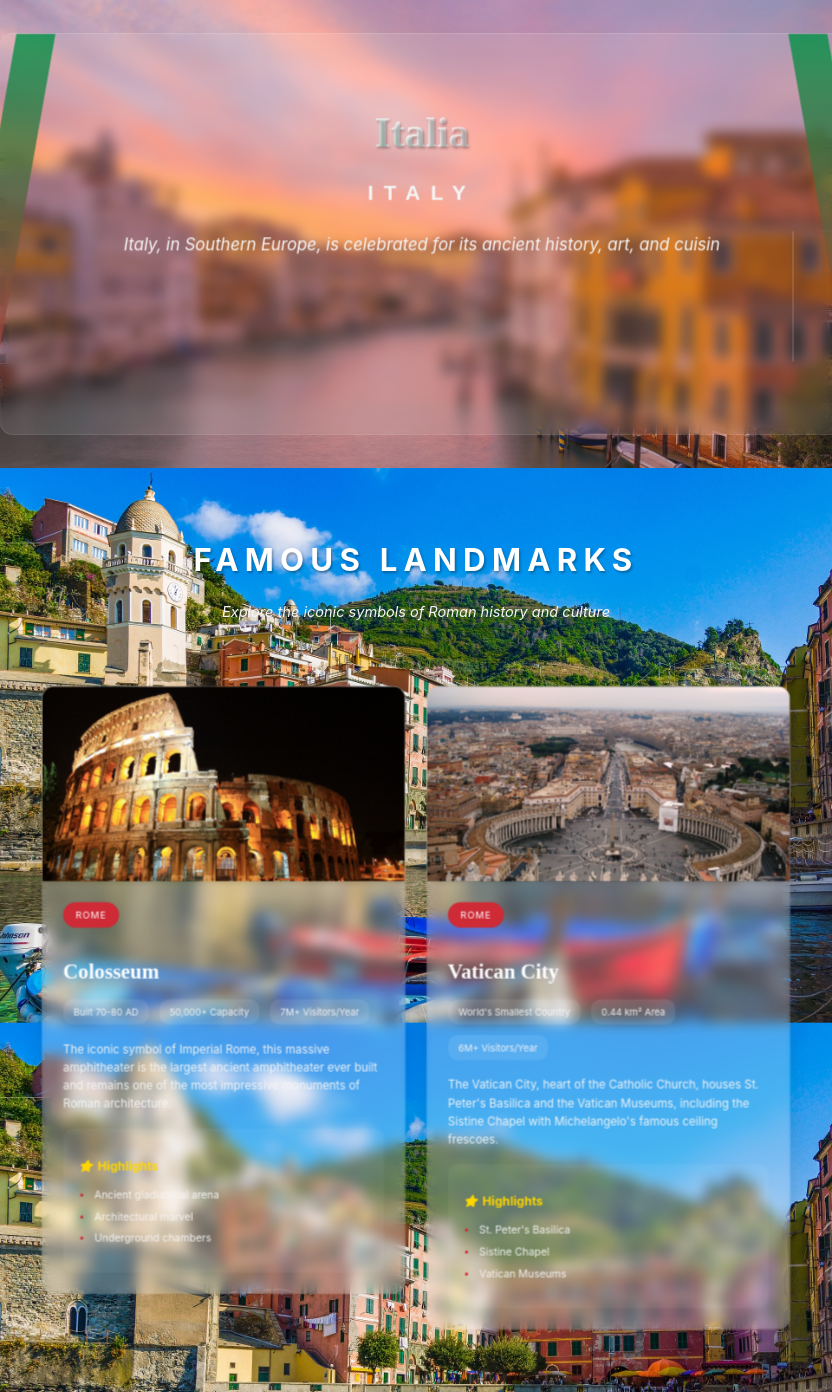
Repository: huang-heavenly-Emperor/NewYork
Page: italy.html
These files come from the project's save history. The page is drawn as it stood at one moment and after the next save; the edit follows.
The browser window is 1280 px wide. The pictures show the whole page, at 65% of full size.
Pictures or frames that could not be fetched are drawn as grey boxes. Backgrounds fixed to the window are drawn as part of the page.

Above is the page before, as saved 2025-02-19 15:26:39.

### italy.html
<!DOCTYPE html>
<html lang="en">

<head>
  <meta charset="UTF-8">
  <meta name="viewport" content="width=device-width, initial-scale=1.0">
  <title>Italy - Tour</title>
  <link rel="stylesheet" href="css/style.css">
  <link rel="stylesheet" href="css/italy.css">
  <link rel="stylesheet" href="css/animations.css">
  <link rel="stylesheet" href="lib/font-awesome.css">
</head>

<body>
  <!-- 开场动画 -->
  <div class="page-entrance">
    <div class="entrance-content">
      <h1 class="entrance-title">
        <span class="italian">Italia</span>
        <span class="english">Italy</span>
      </h1>
      <div class="entrance-line"></div>
      <p class="entrance-subtitle">Cradle of Renaissance</p>
    </div>
  </div>

  <!-- 主要内容区 -->
  <main class="main-content">
    <!-- 英雄横幅 -->
    <div class="hero-banner">
      <div class="overlay"></div>
      <div class="italian-pattern top"></div>
      <div class="italian-pattern bottom"></div>

      <!-- 卷轴容器 -->
      <div class="scroll-container">
        <div class="scroll-decoration left"></div>
        <div class="scroll-decoration right"></div>
        <div class="scroll-inner">
          <h1 class="city-title">
            <span class="italian">Italia</span>
            <span class="english">Italy</span>
          </h1>
          <div class="intro-quote typewriter-text" data-text="Italy, in Southern Europe, is celebrated for its ancient history, art, and cuisine. Rome, its capital, houses the Colosseum and Vatican City. Italy is the birthplace of the Renaissance, with masterpieces by Michelangelo and Leonardo da Vinci. Known for pizza, pasta, and wine, it also offers stunning landscapes like Tuscany and the Amalfi Coast.">
          </div>
        </div>
      </div>
    </div>

    <!-- 地标部分 -->
    <section class="continent-section">
      <div class="section-header">
        <h2 class="section-title">Famous Landmarks</h2>
        <p class="section-subtitle">Explore the iconic symbols of Roman history and culture</p>
      </div>

      <!-- 地标卡片网格 -->
      <div class="landmark-grid">
        <!-- 罗马斗兽场卡片 -->
        <a href="colosseum.html" class="landmark-link">
          <div class="landmark-card">
            <div class="landmark-image">
              <img src="images/colosseum.jpg" alt="Colosseum">
              <div class="image-overlay"></div>
            </div>
            <div class="landmark-content">
              <div class="content-inner">
                <span class="location-tag">Rome</span>
                <h2>Colosseum</h2>
                <div class="quick-info">
                  <span>Built 70-80 AD</span>
                  <span>50,000+ Capacity</span>
                  <span>7M+ Visitors/Year</span>
                </div>
                <p class="description">
                  The iconic symbol of Imperial Rome, this massive amphitheater is the largest ancient amphitheater ever built and remains one of the most impressive monuments of Roman architecture.
                </p>
                <div class="highlights">
                  <h3><i class="fas fa-star"></i> Highlights</h3>
                  <ul>
                    <li>Ancient gladiatorial arena</li>
                    <li>Architectural marvel</li>
                    <li>Underground chambers</li>
                  </ul>
                </div>
              </div>
            </div>
          </div>
        </a>

        <!-- 梵蒂冈卡片 -->
        <a href="vatican.html" class="landmark-link">
          <div class="landmark-card">
            <div class="landmark-image">
              <img src="images/vatican.jpg" alt="Vatican City">
              <div class="image-overlay"></div>
            </div>
            <div class="landmark-content">
              <div class="content-inner">
                <span class="location-tag">Rome</span>
                <h2>Vatican City</h2>
                <div class="quick-info">
                  <span>World's Smallest Country</span>
                  <span>0.44 km² Area</span>
                  <span>6M+ Visitors/Year</span>
                </div>
                <p class="description">
                  The Vatican City, heart of the Catholic Church, houses St. Peter's Basilica and the Vatican Museums, including the Sistine Chapel with Michelangelo's famous ceiling frescoes.
                </p>
                <div class="highlights">
                  <h3><i class="fas fa-star"></i> Highlights</h3>
                  <ul>
                    <li>St. Peter's Basilica</li>
                    <li>Sistine Chapel</li>
                    <li>Vatican Museums</li>
                  </ul>
                </div>
              </div>
            </div>
          </div>
        </a>
      </div>
    </section>
  </main>

  <script>
    document.addEventListener('DOMContentLoaded', function() {
      const typewriterText = document.querySelector('.typewriter-text');
      const text = typewriterText.getAttribute('data-text');
      typewriterText.textContent = '';

      let charIndex = 0;
      const typingSpeed = 50; // 打字速度（毫秒）

      function typeText() {
        if (charIndex < text.length) {
          typewriterText.textContent += text.charAt(charIndex);
          charIndex++;
          setTimeout(typeText, typingSpeed);
        } else {
          // 打字完成后添加类来隐藏光标
          typewriterText.classList.add('typing-complete');
        }
      }

      // 开始打字效果
      setTimeout(typeText, 1000); // 延迟1秒开始打字
    });
  </script>
</body>

</html>

### css/italy.css
:root {
    /* 主题颜色 */
    --italian-green: #009246;
    --italian-white: #FFFFFF;
    --italian-red: #CE2B37;
    --roman-gold: #FFD700;
    --marble-gray: #F5F5F5;
    --terracotta: #E76F51;
}

body {
    font-family: 'Inter', sans-serif;
    line-height: 1.6;
    color: var(--italian-white);

    overflow-x: hidden;
}
a{
    text-decoration: none;
    color: var(--italian-white);
}
.main-content {
    position: relative;
    min-height: 100vh;

    opacity: 1;
    visibility: visible;
}

.hero-banner {
    position: relative;
    height: 100vh;
    display: flex;
    flex-direction: column;
    align-items: center;
    justify-content: center;
    overflow: hidden;
    background: url('../images/italy-bg.jpg') center/cover no-repeat  ;
    animation: zoomBackground 1.5s ease-out;
}

.overlay {
    position: absolute;
    top: 0;
    left: 0;
    width: 100%;
    height: 100%;

    opacity: 0.7;
    z-index: 1;
    animation: zoomOverlay 2s ease-out;
}

.italian-pattern {
    position: absolute;
    width: 100%;
    height: 100px;
    background-image: url('../images/roman-pattern.png');
    background-size: 50px;
    background-repeat: repeat;
    opacity: 0;
    z-index: 2;
    animation: patternFadeIn 2s ease-out forwards;
}

.italian-pattern.top {
    top: 0;
    transform: rotate(180deg);
}

.italian-pattern.bottom {
    bottom: 0;
}

.scroll-container {
    position: relative;
    max-width: 1200px;
    width: 90%;
    padding: 3rem;
    margin: 2rem auto;
    background: rgba(255, 255, 255, 0.1);
    backdrop-filter: blur(10px);
    border-radius: 20px;
    border: 1px solid rgba(255, 255, 255, 0.2);
    z-index: 3;
    opacity: 0;
    transform: translateY(30px);
    animation: slideUp 1s ease-out forwards;
}

.scroll-decoration {
    position: absolute;
    width: 60px;
    height: 100%;
    top: 0;
    background: linear-gradient(
        to bottom,
        var(--italian-green),
        var(--italian-red)
    );
    opacity: 0.8;
    z-index: -1;
}

.scroll-decoration.left {
    left: -30px;
    transform: skew(-10deg);
}

.scroll-decoration.right {
    right: -30px;
    transform: skew(10deg);
}

.scroll-inner {
    text-align: center;
    padding: 2rem;
}

.city-title {
    margin-bottom: 2rem;
}

.city-title .italian {
    display: block;
    font-size: 5rem;
    color: var(--italian-white);
    text-shadow: 2px 2px 4px rgba(0, 0, 0, 0.3);
    margin-bottom: 1rem;
    opacity: 0;
    transform: translateY(20px);
    animation: titleReveal 1s ease-out forwards;
    animation-delay: 0.5s;
    font-family: 'Playfair Display', serif;
    background: linear-gradient(45deg,
        var(--italian-green),
        var(--italian-white),
        var(--italian-red)
    );
    -webkit-background-clip: text;
    -webkit-text-fill-color: transparent;
}

.city-title .english {
    display: block;
    font-size: 2.5rem;
    color: var(--marble-gray);
    text-transform: uppercase;
    letter-spacing: 0.5em;
    opacity: 0;
    transform: translateY(20px);
    animation: titleReveal 1s ease-out forwards;
    animation-delay: 0.8s;
    font-family: 'Montserrat', sans-serif;
}

.intro-quote {
    font-size: 1.8rem;
    font-style: italic;
    color: var(--marble-gray);
    margin: 2rem 0;
    opacity: 1;
    min-height: 200px;
    position: relative;
    padding: 0 2rem;
}

.typewriter-text::before {
    content: '';
    position: absolute;
    top: 0;
    right: -4px;
    width: 2px;
    height: 100%;
    background-color: var(--marble-gray);
    animation: cursorBlink 0.8s infinite;
}

.typewriter-text.typing-complete::before {
    display: none;
}

.continent-section {
    padding: 4rem 2rem;
    background: url('../images/italy-bg2.jpg') center/cover no-repeat fixed;
}

.section-header {
    text-align: center;
    margin-bottom: 4rem;
}

.section-title {
    font-size: 3rem;
    color: var(--italian-white);
    margin-bottom: 1rem;
    text-transform: uppercase;
    letter-spacing: 0.2em;
    text-shadow: 2px 2px 4px rgba(0, 0, 0, 0.3);
}

.section-subtitle {
    font-size: 1.4rem;
    color: var(--marble-gray);
    font-style: italic;
}
.landmark-grid {
    display: grid;
    grid-template-columns: repeat(auto-fit, minmax(300px, 1fr));
    gap: 2rem;
    max-width: 1200px;
    margin: 0 auto;
    padding: 2rem;
}

.landmark-card {
    position: relative;
    background: rgba(255, 255, 255, 0.1);
    backdrop-filter: blur(10px);
    border-radius: 20px;
    overflow: hidden;
    transition: all 0.5s cubic-bezier(0.4, 0, 0.2, 1);
    border: 1px solid rgba(255, 255, 255, 0.2);
    box-shadow: 0 8px 32px rgba(0, 0, 0, 0.1);
}

.landmark-card:hover {
    transform: translateY(-15px) scale(1.02);
    box-shadow:
        0 15px 45px rgba(0, 0, 0, 0.2),
        0 0 30px rgba(255, 255, 255, 0.1);
    border: 1px solid rgba(255, 255, 255, 0.3);
}

.landmark-image {
    position: relative;
    width: 100%;
    height: 300px;
    overflow: hidden;
}

.landmark-image img {
    width: 100%;
    height: 100%;
    object-fit: cover;
    transition: transform 0.8s cubic-bezier(0.4, 0, 0.2, 1);
}

.landmark-card:hover .landmark-image img {
    transform: scale(1.1);
}

.image-overlay {
    position: absolute;
    top: 0;
    left: 0;
    width: 100%;
    height: 100%;
    background: linear-gradient(
        to bottom,
        transparent 0%,
        rgba(0, 0, 0, 0.4) 50%,
        rgba(0, 0, 0, 0.8) 100%
    );
    opacity: 0;
    transition: opacity 0.5s ease;
}

.landmark-card:hover .image-overlay {
    opacity: 1;
}

.landmark-content {
    padding: 2rem;
    background: rgba(255, 255, 255, 0.1);
    backdrop-filter: blur(5px);
}

.location-tag {
    display: inline-block;
    padding: 0.5rem 1.2rem;
    background: var(--italian-red);
    color: var(--italian-white);
    border-radius: 20px;
    font-size: 0.9rem;
    margin-bottom: 1rem;
    text-transform: uppercase;
    letter-spacing: 0.1em;
}

.landmark-content h2 {
    font-size: 2rem;
    color: var(--italian-white);
    margin-bottom: 1rem;
    font-family: 'Playfair Display', serif;
}

.quick-info {
    display: flex;
    gap: 1rem;
    flex-wrap: wrap;
    margin-bottom: 1rem;
}

.quick-info span {
    background: rgba(255, 255, 255, 0.1);
    padding: 0.5rem 1rem;
    border-radius: 15px;
    font-size: 0.9rem;
    color: var(--marble-gray);
}

.description {
    font-size: 1.1rem;
    color: var(--marble-gray);
    margin: 1.5rem 0;
    line-height: 1.6;
}

.highlights {
    background: rgba(255, 255, 255, 0.05);
    padding: 1.5rem;
    border-radius: 15px;
}

.highlights h3 {
    color: var(--roman-gold);
    margin-bottom: 1rem;
    display: flex;
    align-items: center;
    gap: 0.5rem;
}

.highlights ul {
    list-style: none;
    padding: 0;
}

.highlights li {
    color: var(--marble-gray);
    margin-bottom: 0.5rem;
    padding-left: 1.5rem;
    position: relative;
}

.highlights li::before {
    content: '•';
    color: var(--italian-red);
    position: absolute;
    left: 0;
}

/* 动画关键帧 */
@keyframes fadeIn {
    from { opacity: 0; }
    to { opacity: 1; }
}

@keyframes patternFadeIn {
    from { opacity: 0; }
    to { opacity: 0.1; }
}

@keyframes slideUp {
    from {
        opacity: 0;
        transform: translateY(30px);
    }
    to {
        opacity: 1;
        transform: translateY(0);
    }
}

@keyframes titleReveal {
    from {
        opacity: 0;
        transform: translateY(20px);
    }
    to {
        opacity: 1;
        transform: translateY(0);
    }
}

@keyframes cardReveal {
    from {
        opacity: 0;
        transform: translateY(20px);
    }
    to {
        opacity: 1;
        transform: translateY(0);
    }
}

@keyframes cursorBlink {
    0%, 100% { opacity: 1; }
    50% { opacity: 0; }
}

/* 响应式设计 */
@media (max-width: 1400px) {
    .scroll-container {
        width: 95%;
    }

    .city-title .italian {
        font-size: 4rem;
    }

    .city-title .english {
        font-size: 2rem;
    }

    .intro-quote {
        font-size: 1.6rem;
    }
}

@media (max-width: 768px) {
    .scroll-container {
        padding: 2rem;
    }

    .scroll-decoration {
        width: 30px;
    }

    .city-title .italian {
        font-size: 3rem;
    }

    .city-title .english {
        font-size: 1.5rem;
    }

    .intro-quote {
        font-size: 1.4rem;
    }

    .landmark-grid {
        grid-template-columns: 1fr;
    }
}

@media (max-width: 480px) {
    .scroll-container {
        padding: 1.5rem;
    }

    .city-title .italian {
        font-size: 2.5rem;
    }

    .city-title .english {
        font-size: 1.2rem;
    }

    .intro-quote {
        font-size: 1.2rem;
    }

    .landmark-content {
        padding: 1.5rem;
    }
}

.page-entrance {
    position: fixed;
    top: 0;
    left: 0;
    width: 100%;
    height: 100%;
    background: linear-gradient(135deg,
        var(--italian-green) 0%,
        var(--italian-white) 50%,
        var(--italian-red) 100%
    );
    display: flex;
    justify-content: center;
    align-items: center;
    z-index: 1000;
    transition: transform 0.8s cubic-bezier(0.4, 0, 0.2, 1),
                opacity 0.5s ease;
    transform-origin: center;
}

.entrance-content {
    text-align: center;
    opacity: 0;
    animation: entranceReveal 0.8s ease forwards 0.5s;
    position: relative;
}

.entrance-content::before {
    content: '';
    position: absolute;
    top: -50px;
    left: -50px;
    right: -50px;
    bottom: -50px;
    background: url('../images/roman-pattern.png') center/100px repeat;
    opacity: 0.1;
    animation: patternRotate 20s linear infinite;
}

.entrance-title {
    margin-bottom: 2rem;
    position: relative;
}

.entrance-title .italian {
    display: block;
    font-size: 6rem;
    background: linear-gradient(45deg,
        var(--roman-gold) 0%,
        var(--italian-white) 50%,
        var(--roman-gold) 100%
    );
    -webkit-background-clip: text;
    -webkit-text-fill-color: transparent;
    margin-bottom: 1rem;
    text-shadow: 0 0 20px rgba(255, 215, 0, 0.6);
    opacity: 0;
    transform: scale(0.8);
    animation: titleScale 1.2s cubic-bezier(0.34, 1.56, 0.64, 1) forwards 0.8s;
    font-family: 'Playfair Display', serif;
}

.entrance-title .english {
    display: block;
    font-size: 3rem;
    background: linear-gradient(45deg,
        var(--italian-white) 0%,
        var(--marble-gray) 50%,
        var(--italian-white) 100%
    );
    -webkit-background-clip: text;
    -webkit-text-fill-color: transparent;
    text-transform: uppercase;
    letter-spacing: 0.3em;
    opacity: 0;
    transform: translateY(20px);
    animation: titleSlide 1s ease forwards 1.2s;
    text-shadow: 0 0 15px rgba(255, 255, 255, 0.6);
}

.entrance-line {
    width: 0;
    height: 3px;
    background: linear-gradient(to right,
        transparent,
        var(--roman-gold),
        transparent
    );
    margin: 2rem auto;
    position: relative;
    animation: lineGrow 0.8s ease-out forwards 1.5s;
}

.entrance-line::before,
.entrance-line::after {
    content: '';
    position: absolute;
    width: 10px;
    height: 10px;
    background: var(--roman-gold);
    border-radius: 50%;
    top: 50%;
    transform: translateY(-50%);
    opacity: 0;
    animation: dotAppear 0.5s ease forwards 2s;
}

.entrance-line::before {
    left: 0;
}

.entrance-line::after {
    right: 0;
}

.entrance-subtitle {
    font-size: 1.5rem;
    background: linear-gradient(45deg,
        var(--terracotta) 0%,
        var(--italian-white) 50%,
        var(--terracotta) 100%
    );
    -webkit-background-clip: text;
    -webkit-text-fill-color: transparent;
    opacity: 0;
    transform: translateY(20px);
    animation: subtitleReveal 0.8s ease forwards 1.8s;
    text-shadow: 0 0 10px rgba(231, 111, 81, 0.4);
    font-style: italic;
}

/* 新增动画关键帧 */
@keyframes entranceReveal {
    from {
        opacity: 0;
        transform: scale(0.95);
    }
    to {
        opacity: 1;
        transform: scale(1);
    }
}

@keyframes titleScale {
    from {
        opacity: 0;
        transform: scale(0.8);
    }
    to {
        opacity: 1;
        transform: scale(1);
    }
}

@keyframes titleSlide {
    from {
        opacity: 0;
        transform: translateY(20px);
    }
    to {
        opacity: 1;
        transform: translateY(0);
    }
}

@keyframes lineGrow {
    from {
        width: 0;
    }
    to {
        width: 200px;
    }
}

@keyframes dotAppear {
    from {
        opacity: 0;
        transform: translate(0, -50%) scale(0);
    }
    to {
        opacity: 1;
        transform: translate(0, -50%) scale(1);
    }
}

@keyframes patternRotate {
    from {
        transform: rotate(0deg);
    }
    to {
        transform: rotate(360deg);
    }
}

@keyframes subtitleReveal {
    from {
        opacity: 0;
        transform: translateY(20px);
    }
    to {
        opacity: 1;
        transform: translateY(0);
    }
}

### lib/font-awesome.css
@font-face {
    font-family: 'Font Awesome 6 Free';
    font-style: normal;
    font-weight: 900;
    src: url('webfonts/fa-solid-900.woff2') format('woff2');
}

.fas {
    font-family: 'Font Awesome 6 Free';
    font-weight: 900;
}

.fa-home:before {
    content: "\f015";
}

.fa-globe-americas:before {
    content: "\f57d";
}

.fa-torii-gate:before {
    content: "\f6a1";
}

.fa-sun:before {
    content: "\f185";
}

.fa-landmark:before {
    content: "\f66f";
}

.fa-flag-usa:before {
    content: "\f74d";
}

.fa-star:before {
    content: "\f005";
}

.fa-chart-line:before {
    content: "\f201";
}

.fa-city:before {
    content: "\f64f";
}

.fa-tree:before {
    content: "\f1bb";
}

.fa-theater-masks:before {
    content: "\f630";
}

.fa-ellipsis-h:before {
    content: "\f141";
}

.fa-camera:before {
    content: "\f030";
}

.fa-print:before {
    content: "\f02f";
}

.fa-arrow-left:before {
    content: "\f060";
}

Loaded but not shown: css/style.css (502 lines, source omitted); css/animations.css (299 lines, source omitted)

After the next save:
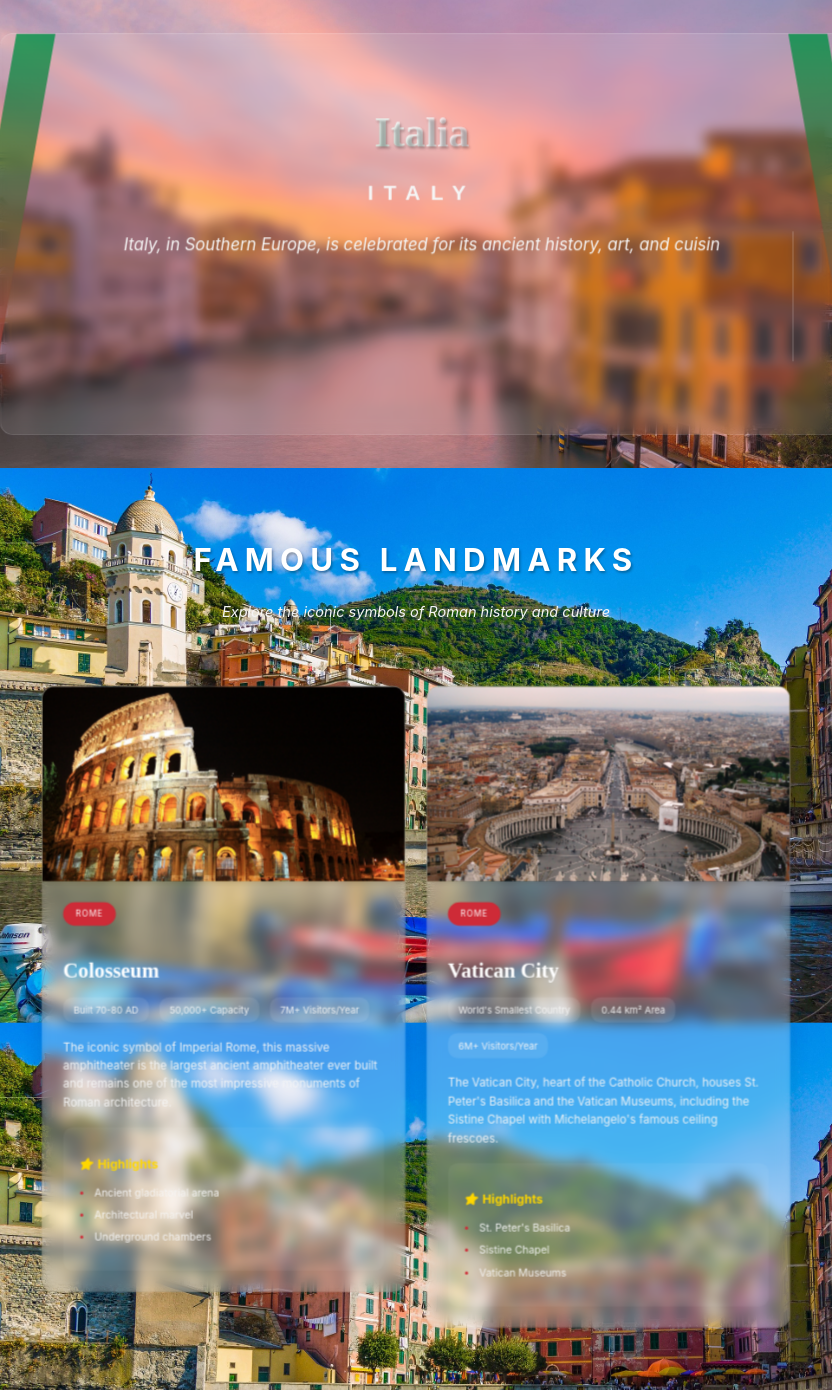
Saved 49 s later.
--- a/css/italy.css
+++ b/css/italy.css
@@ -282,7 +282,7 @@
     background: var(--italian-red);
     color: var(--italian-white);
     border-radius: 20px;
-    font-size: 0.9rem;
+    font-size: 0.8rem;
     margin-bottom: 1rem;
     text-transform: uppercase;
     letter-spacing: 0.1em;

After the save that followed:
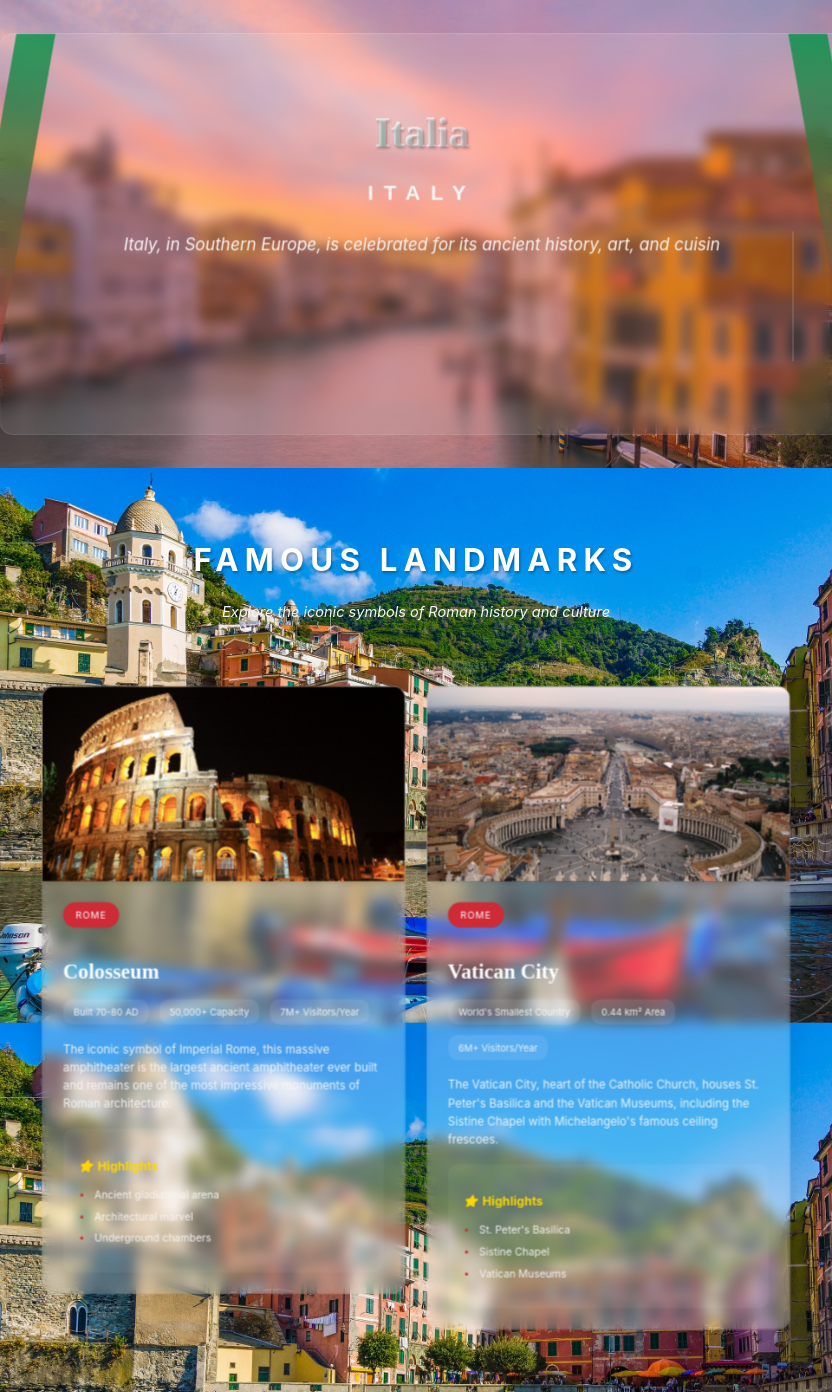
Saved 51 s later.
--- a/css/italy.css
+++ b/css/italy.css
@@ -282,7 +282,7 @@
     background: var(--italian-red);
     color: var(--italian-white);
     border-radius: 20px;
-    font-size: 0.8rem;
+    font-size: 0.9rem;
     margin-bottom: 1rem;
     text-transform: uppercase;
     letter-spacing: 0.1em;
